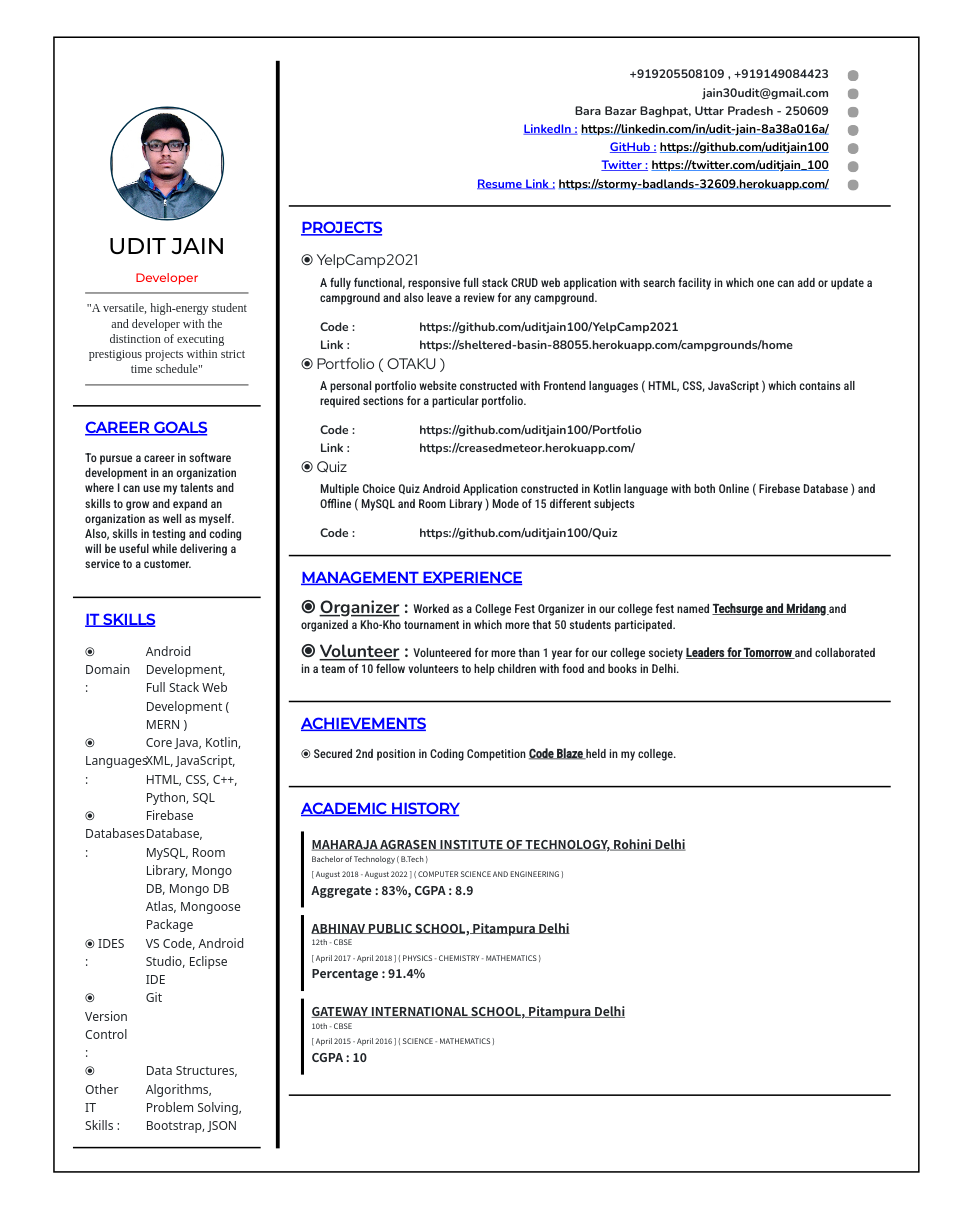
Repository: uditjain100/Resume
Page: app.html
The author's editor kept a copy of each file at every save. The page is drawn from the files as they stood at one save, then again after the next save.
The browser window is 1280 px wide. The pictures show the whole page, at 76% of full size.
Pictures or frames that could not be fetched are drawn as grey boxes. Some web fonts or font styles are not loaded; a fallback is used.

Above is the page before, as saved 2021-05-27 18:32:59.

### app.html
<!DOCTYPE html>
<html lang="en">
	<head>
		<meta charset="UTF-8" />
		<meta http-equiv="X-UA-Compatible" content="IE=edge" />
		<meta name="viewport" content="width=device-width, initial-scale=1.0" />
		<title>RESUME : Udit Jain</title>
		<link rel="stylesheet" href="app.css" />
		<script
			src="https://code.jquery.com/jquery-3.5.1.min.js"
			integrity="sha256-9/aliU8dGd2tb6OSsuzixeV4y/faTqgFtohetphbbj0="
			crossorigin="anonymous"
		></script>
		<link
			href="https://cdn.jsdelivr.net/npm/bootstrap@5.0.0-beta1/dist/css/bootstrap.min.css"
			rel="stylesheet"
			integrity="sha384-giJF6kkoqNQ00vy+HMDP7azOuL0xtbfIcaT9wjKHr8RbDVddVHyTfAAsrekwKmP1"
			crossorigin="anonymous"
		/>

		<link rel="preconnect" href="https://fonts.gstatic.com" />
		<link
			href="https://fonts.googleapis.com/css2?family=Montserrat:wght@300;500&display=swap"
			rel="stylesheet"
		/>
		<link
			href="https://fonts.googleapis.com/css2?family=Roboto+Condensed:wght@500&display=swap"
			rel="stylesheet"
		/>
		<link
			href="https://fonts.googleapis.com/css2?family=Spartan:wght@500&display=swap"
			rel="stylesheet"
		/>
		<link
			href="https://fonts.googleapis.com/css2?family=Red+Hat+Display&display=swap"
			rel="stylesheet"
		/>
		<link
			href="https://fonts.googleapis.com/css2?family=Ubuntu:wght@300&display=swap"
			rel="stylesheet"
		/>
		<link
			href="https://fonts.googleapis.com/css2?family=Quicksand:wght@700&display=swap"
			rel="stylesheet"
		/>
		<link
			href="https://fonts.googleapis.com/css2?family=Nunito:wght@700&display=swap"
			rel="stylesheet"
		/>
		<link
			href="https://fonts.googleapis.com/css2?family=Akaya+Kanadaka&display=swap"
			rel="stylesheet"
		/>
		<link
			href="https://fonts.googleapis.com/css2?family=Poppins:wght@400&display=swap"
			rel="stylesheet"
		/>
		<link
			href="https://fonts.googleapis.com/css2?family=Noto+Sans+JP&display=swap"
			rel="stylesheet"
		/>
	</head>
	<body>
		<main class="container row my-5 mx-auto" id="wholewindow">
			<section id="leftwindow" class="col-3">
				<article id="namebox">
					<img
						id="profileimg"
						src="profile.jpg"
						class="card-img-top"
						alt="..."
					/>
					<div class="card-body">
						<h3
							class="card-title"
							style="
								color: black;
								text-decoration: none;
								font-size: 30px;
								font-weight: 400;
							"
						>
							UDIT JAIN
						</h3>
						<h6 class="card-subtitle mx-auto">Developer</h6>
						<p id="summary">
							"A versatile, high-energy student and developer with the
							distinction of executing prestigious projects within strict time
							schedule"
						</p>
					</div>
				</article>

				<article class="card-body" id="goalbox">
					<h3 class="card-title">CAREER GOALS</h3>
					<p>
						To pursue a career in software development in an organization where
						I can use my talents and skills to grow and expand an organization
						as well as myself. Also, skills in testing and coding will be useful
						while delivering a service to a customer.
					</p>
				</article>

				<article id="itskillsbox">
					<div class="card-body">
						<h3 class="card-title">IT SKILLS</h3>
						<ul class="list-group">
							<li id="itskillsitem" class="row">
								<span class="col-4" id="que">⦿ Domain : </span>
								<span class="col-8" id="ans"
									>Android Development, Full Stack Web Development ( MERN
									)</span
								>
							</li>
							<li id="itskillsitem" class="row">
								<span class="col-4" id="que">⦿ Languages : </span>
								<span class="col-8" id="ans"
									>Core Java, Kotlin, XML, JavaScript, HTML, CSS, C++, Python,
									SQL</span
								>
							</li>
							<li id="itskillsitem" class="row">
								<span class="col-4" id="que">⦿ Databases : </span>
								<span class="col-8" id="ans"
									>Firebase Database, MySQL, Room Library, Mongo DB, Mongo DB
									Atlas, Mongoose Package</span
								>
							</li>
							<li id="itskillsitem" class="row">
								<span class="col-4" id="que">⦿ IDES : </span>
								<span class="col-8" id="ans"
									>VS Code, Android Studio, Eclipse IDE</span
								>
							</li>
							<li id="itskillsitem" class="row">
								<span class="col-4" id="que">⦿ Version Control : </span>
								<span class="col-8" id="ans">Git</span>
							</li>
							<li id="itskillsitem" class="row">
								<span class="col-4" id="que">⦿ Other IT Skills : </span>
								<span class="col-8" id="ans"
									>Data Structures, Algorithms, Problem Solving, Bootstrap,
									JSON</span
								>
							</li>
						</ul>
					</div>
				</article>
			</section>
			<section id="rightwindow" class="col-9">
				<article class="card-body" id="contactbox">
					<ul class="list-group">
						<li id="contactitem" class="row">
							<div class="col-11">+919205508109 , +919149084423</div>
							<div class="col-1">
								<img
									src="https://cdn.jsdelivr.net/npm/simple-icons@3.0.1/icons/android.svg"
									alt=""
								/>
							</div>
						</li>
						<li id="contactitem" class="row">
							<div class="col-11">jain30udit@gmail.com</div>
							<div class="col-1">
								<img
									src="https://cdn.jsdelivr.net/npm/simple-icons@3.0.1/icons/gmail.svg"
									alt=""
								/>
							</div>
						</li>
						<li id="contactitem" class="row">
							<div class="col-11">
								Bara Bazar Baghpat, Uttar Pradesh - 250609
							</div>
							<div class="col-1">
								<img
									src="https://cdn.jsdelivr.net/npm/simple-icons@3.0.1/icons/googlemaps.svg"
									alt=""
								/>
							</div>
						</li>
						<li id="contactitem" class="row">
							<div class="col-11">
								<span>LinkedIn :</span>
								<a href="https://linkedin.com/in/udit-jain-8a38a016a/"
									><span id="link"
										>https://linkedin.com/in/udit-jain-8a38a016a/</span
									></a
								>
							</div>
							<div class="col-1">
								<img
									src="https://cdn.jsdelivr.net/npm/simple-icons@4.13.0/icons/linkedin.svg"
									alt=""
								/>
							</div>
						</li>
						<li id="contactitem" class="row">
							<div class="col-11">
								<span>GitHub :</span>
								<a href="https://github.com/uditjain100"
									><span id="link">https://github.com/uditjain100</span></a
								>
							</div>
							<div class="col-1">
								<img
									src="https://cdn.jsdelivr.net/npm/simple-icons@4.13.0/icons/github.svg"
									alt=""
								/>
							</div>
						</li>
						<li id="contactitem" class="row">
							<div class="col-11">
								<span>Twitter :</span>
								<a href="https://twitter.com/uditjain_100"
									><span id="link">https://twitter.com/uditjain_100</span></a
								>
							</div>
							<div class="col-1">
								<img
									src="https://cdn.jsdelivr.net/npm/simple-icons@4.13.0/icons/twitter.svg"
									alt=""
								/>
							</div>
						</li>
						<li id="contactitem" class="row">
							<div class="col-11">
								<span>Resume Link :</span>
								<a href="https://stormy-badlands-32609.herokuapp.com/"
									><span id="link"
										>https://stormy-badlands-32609.herokuapp.com/</span
									></a
								>
							</div>
							<div class="col-1">
								<img
									src="https://cdn.jsdelivr.net/npm/simple-icons@4.13.0/icons/webpack.svg"
									alt=""
								/>
							</div>
						</li>
					</ul>
				</article>

				<article class="card-body" id="projectbox">
					<h3 class="card-title">PROJECTS</h3>
					<ul class="list-group">
						<li id="projectitem" class="row">
							<h5 id="projecttitle" class="display-10">⦿ YelpCamp2021</h5>
							<div id="projectdetails">
								<p>
									A fully functional, responsive full stack CRUD web application
									with search facility in which one can add or update a
									campground and also leave a review for any campground.
								</p>
								<ul class="list-group">
									<li id="contactitem" class="row">
										<div class="col-2">
											<span style="font-weight: 700">Code : </span>
										</div>
										<div id="link" class="col-10">
											https://github.com/uditjain100/YelpCamp2021
										</div>
									</li>
									<li id="contactitem" class="row">
										<div class="col-2">
											<span style="font-weight: 700">Link : </span>
										</div>
										<div id="link" class="col-10">
											https://sheltered-basin-88055.herokuapp.com/campgrounds/home
										</div>
									</li>
								</ul>
							</div>
						</li>
						<li id="projectitem" class="row">
							<h5 id="projecttitle" class="display-10">
								⦿ Portfolio ( OTAKU )
							</h5>
							<div id="projectdetails">
								<p>
									A personal portfolio website constructed with Frontend
									languages ( HTML, CSS, JavaScript ) which contains all
									required sections for a particular portfolio.
								</p>
								<ul class="list-group">
									<li id="contactitem" class="row">
										<div class="col-2">
											<span style="font-weight: 700">Code : </span>
										</div>
										<div id="link" class="col-10">
											https://github.com/uditjain100/Portfolio
										</div>
									</li>
									<li id="contactitem" class="row">
										<div class="col-2">
											<span style="font-weight: 700">Link : </span>
										</div>
										<div id="link" class="col-10">
											https://creasedmeteor.herokuapp.com/
										</div>
									</li>
								</ul>
							</div>
						</li>
						<li id="projectitem" class="row">
							<h5 id="projecttitle" class="display-10">⦿ Quiz</h5>
							<div id="projectdetails">
								<p>
									Multiple Choice Quiz Android Application constructed in Kotlin
									language with both Online ( Firebase Database ) and Offline (
									MySQL and Room Library ) Mode of 15 different subjects
								</p>
								<ul class="list-group">
									<li id="contactitem" class="row">
										<div class="col-2">
											<span style="font-weight: 700">Code : </span>
										</div>
										<div id="link" class="col-10">
											https://github.com/uditjain100/Quiz
										</div>
									</li>
								</ul>
							</div>
						</li>
					</ul>
				</article>

				<article class="card-body" id="managementskillsbox">
					<h3 class="card-title">MANAGEMENT EXPERIENCE</h3>
					<ul class="list-group">
						<li id="managementskillsitem">
							<p>
								<span id="tag">⦿ <span>Organizer</span> : </span>
								Worked as a College Fest Organizer in our college fest named
								<span style="font-weight: 700; text-decoration: underline"
									>Techsurge and Mridang
								</span>
								and organized a Kho-Kho tournament in which more that 50
								students participated.
							</p>
						</li>
						<li id="managementskillsitem">
							<p>
								<span id="tag">⦿ <span>Volunteer</span> : </span>
								Volunteered for more than 1 year for our college society
								<span style="font-weight: 700; text-decoration: underline"
									>Leaders for Tomorrow </span
								>and collaborated in a team of 10 fellow volunteers to help
								children with food and books in Delhi.
							</p>
						</li>
					</ul>
				</article>

				<article class="card-body" id="achievementsbox">
					<h3 class="card-title">ACHIEVEMENTS</h3>
					<ul class="list-group">
						<li id="achievementitem" class="row">
							<p>
								⦿ Secured 2nd position in Coding Competition
								<span style="font-weight: 700; text-decoration: underline"
									>Code Blaze
								</span>
								held in my college.
							</p>
						</li>
					</ul>
				</article>

				<article class="card-body" id="educationbox">
					<h3 class="card-title">ACADEMIC HISTORY</h3>
					<ul class="list-group">
						<li id="educationitem">
							<h6 id="institutename">
								MAHARAJA AGRASEN INSTITUTE OF TECHNOLOGY, Rohini Delhi
							</h6>
							<h6 id="stream">Bachelor of Technology ( B.Tech )</h6>
							<h6 id="subjects">
								[ August 2018 - August 2022 ] ( COMPUTER SCIENCE AND ENGINEERING
								)
							</h6>
							<h6 id="marks">Aggregate : 83%, CGPA : 8.9</h6>
						</li>
						<li id="educationitem">
							<h6 id="institutename">ABHINAV PUBLIC SCHOOL, Pitampura Delhi</h6>
							<h6 id="stream">12th - CBSE</h6>
							<h6 id="subjects">
								[ April 2017 - April 2018 ] ( PHYSICS - CHEMISTRY - MATHEMATICS
								)
							</h6>
							<h6 id="marks">Percentage : 91.4%</h6>
						</li>
						<li id="educationitem">
							<h6 id="institutename">
								GATEWAY INTERNATIONAL SCHOOL, Pitampura Delhi
							</h6>
							<h6 id="stream">10th - CBSE</h6>
							<h6 id="subjects">
								[ April 2015 - April 2016 ] ( SCIENCE - MATHEMATICS )
							</h6>
							<h6 id="marks">CGPA : 10</h6>
						</li>
					</ul>
				</article>
			</section>
		</main>
	</body>
</html>

### app.css
/* * Common Section */

@keyframes transitionIn {
	from {
		opacity: 0;
		transform: rotateY(-10deg);
	}
	to {
		opacity: 1;
		transform: rotateY(0);
	}
}

html {
	animation: transitionIn 1s;
}

p {
	font-family: "Roboto Condensed", sans-serif;
	line-height: 20px;
}

ul {
	list-style: none;
}
article {
	border-bottom: 2px black solid;
}

.card {
	background-color: black;
}

.card-title {
	font-family: "Montserrat";
	color: blue;
	text-decoration: underline;
	font-weight: 900;
	font-size: 20px;
	padding-bottom: 10px;
	border: none;
}

.footer {
	position: -webkit-sticky;
	left: 0;
	bottom: 0;
	width: 100%;
	color: white;
	text-align: center;
	font-family: "Montserrat";
}

/*  ********************* resume work */

#wholewindow {
	border: 2px black solid;
	display: flex;
	flex-direction: row;
	flex-wrap: wrap;
	justify-content: space-evenly;
	/* align-items: center; */
}

#leftwindow {
	margin: 30px 0px 30px 0px;
	border-right: 5px black solid;
	padding: 50px 20px 0px 0px;
	min-width: 250px;
}

#rightwindow {
	padding-top: 20px;
	min-width: 250px;
}

#namebox {
	display: flex;
	flex-direction: column;
	flex-wrap: wrap;
	align-items: center;
	text-align: center;
	font-family: "Montserrat";
}

#profileimg {
	width: 150px;
	height: 150px;
	border-radius: 50%;
	border: 2px #003049 solid;
	margin-top: 10px;
}
#summary {
	font-family: "Akaya Kanadaka";
	margin-top: 10px;
	margin-bottom: 10px;
	padding-top: 10px;
	padding-bottom: 10px;

	border-bottom: 1px black solid;
	border-top: 1px black solid;
}

.card-subtitle {
	color: red;
}

#managementskillsitem p {
	line-height: 20px;
}

#tag {
	font-family: "Nunito";
	font-size: 23px;
	font-weight: 900;
	text-align: left;
}

#tag span {
	text-decoration: underline;
}

li img {
	width: 15px;
	height: 15px;
	border-radius: 50%;
	margin-right: 5px;
}

#contactbox {
	border-bottom: 2px black solid;
}

#contactitem {
	font-family: "Nunito";
}

#contactitem .col-11 {
	text-align: end;
}

#contactitem .col-11 span {
	font-weight: 600;
	color: blue;
	text-decoration: underline;
}

#contactitem .col-11 a span {
	color: black;
	text-decoration: none;
}

#educationtitle {
	font-family: "Red Hat Display";
	font-weight: 200;
}

#educationitem {
	margin-bottom: 10px;
	padding: 10px 0px 10px 10px;
	border-left: 4px black solid;
}

#educationbox {
	font-family: "Noto Sans JP";
}

#educationitem h6 {
	line-height: 12px;
}

#institutename {
	text-decoration: underline;
	font-weight: 800;
	font-size: 16px;
}

#timestamp {
	font-size: 10px;
}

#stream {
	font-size: 10px;
	font-weight: 400;
}

#subjects {
	font-size: 10px;
	font-weight: 300;
}

#marks {
	/* font-size: 15px; */
	font-weight: 700;
}

#projecttitle {
	font-family: "Red Hat Display";
	font-weight: 400;
}

#projectdetails {
	margin-left: 25px;
}

After the next save:
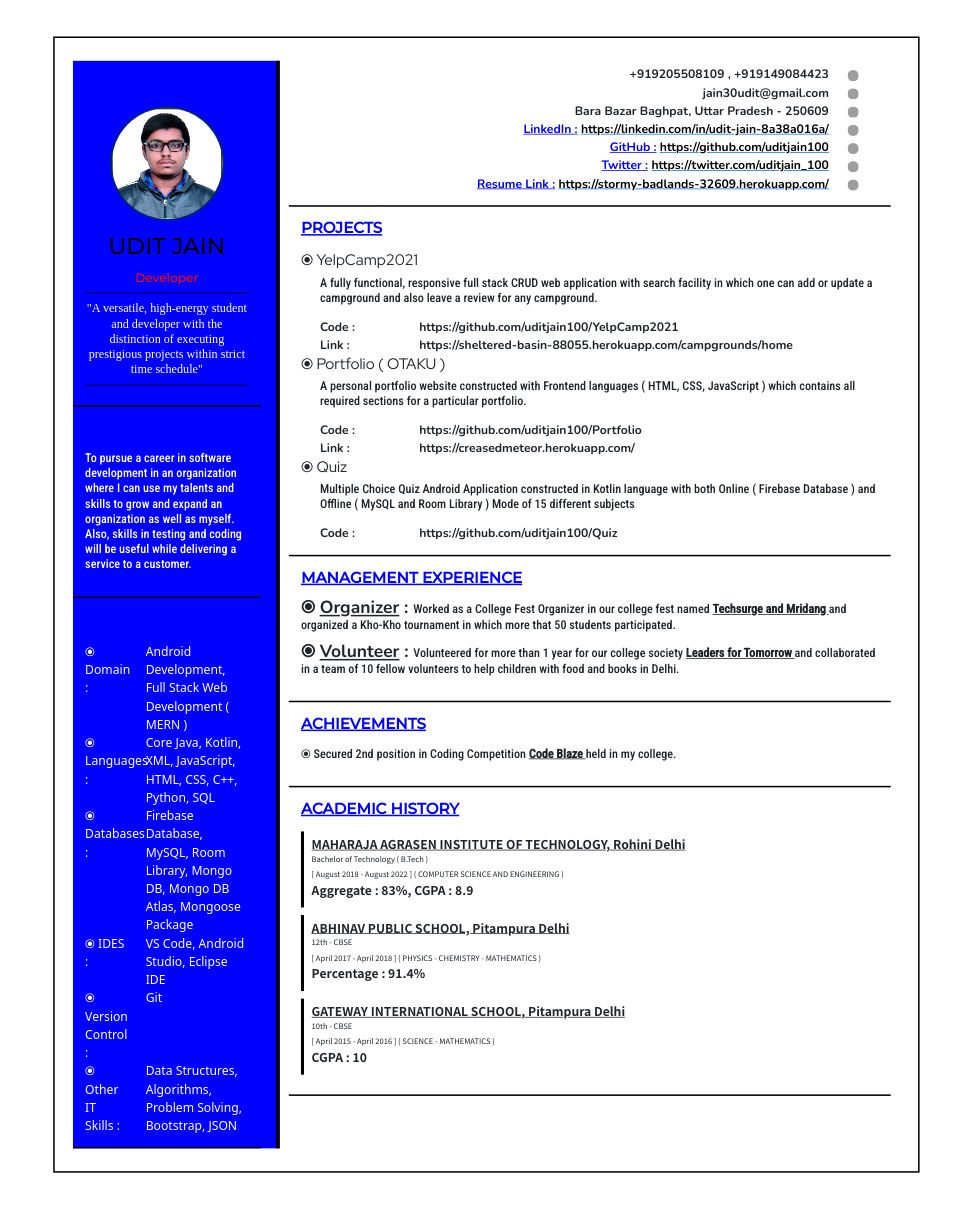
Saved 49 s later.
--- a/app.css
+++ b/app.css
@@ -67,6 +67,8 @@ article {
 	border-right: 5px black solid;
 	padding: 50px 20px 0px 0px;
 	min-width: 250px;
+	background-color: blue;
+	color: white;
 }
 
 #rightwindow {
